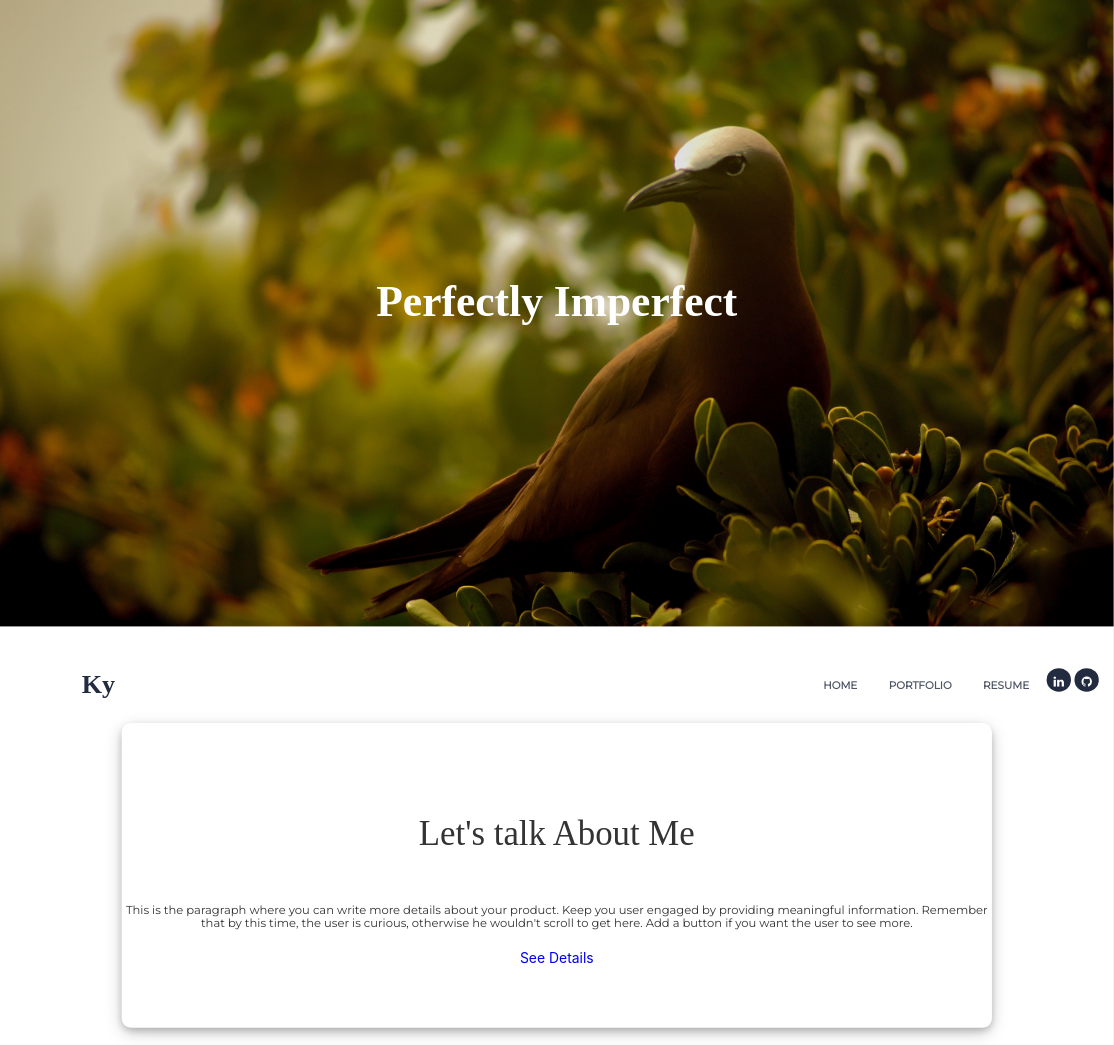
Repository: kkyler24/Perfectly-Imperfect
Page: / (app in imperfect/)
These files come from the project's save history. The page is drawn as it stood at one moment and after the next save; the edit follows.
The browser window is 1280 px wide. The pictures show the whole page, at 87% of full size.
Backgrounds fixed to the window are drawn as part of the page. Some web fonts or font styles are not loaded; a fallback is used. The project was rebuilt for these pictures with package versions that can differ from the ones it lists, and the page was loaded fresh each time.

Above is the page before, as saved 2020-08-06 13:46:02.

### imperfect/public/index.html
<!DOCTYPE html>
<html lang="en">
  <head>
    <meta charset="utf-8" />
    <link rel="icon" href="%PUBLIC_URL%/favicon.ico" />
    <meta name="viewport" content="width=device-width, initial-scale=1" />
    <meta name="theme-color" content="#000000" />
    <meta
      name="description"
      content="Web site created using create-react-app"
    />
    <link
      rel="stylesheet"
      href="https://cdnjs.cloudflare.com/ajax/libs/font-awesome/4.7.0/css/font-awesome.min.css"
    />

    <link
      href="https://fonts.googleapis.com/css2?family=Montserrat&family=Petit+Formal+Script&display=swap"
      rel="stylesheet"
    />

    <title>React App</title>
  </head>
  <body>
    <noscript>You need to enable JavaScript to run this app.</noscript>
    <div id="root"></div>
  </body>
</html>

### imperfect/src/App.js
import React from "react";
import logo from "./logo.svg";
import "./App.css";
import Nav from "./Components/navbarComponent/navbar.js";
import PGHeader from "./Components/Headerindex/header.js";
import AboutMe from "./Components/aboutMeIndex/aboutme.js";

function App() {
  return (
    <div className="App">
      <PGHeader />
      {/* <Nav /> */}
      <AboutMe />
    </div>
  );
}

export default App;

### imperfect/src/App.css
body {
  color: #66615b;
  font-size: 16px;
  box-sizing: border-box;
  display: block;
}

### imperfect/src/Components/navbarComponent/navbar.js
import React from "react";
import "./navbar.css";

function NavBar() {
  return (
    <div>
      <nav
        color-on-scroll="300"
        class="fixed-bottom  navbar-transparent navbar navbar-expand-lg"
      >
        <div class="container-fluid">
          <div class="navbar-translate">
            <a
              id="Kytitle"
              data-placement="bottom"
              target="_blank"
              title="Coded by Creative Tim"
              class="navbar-brand"
              href="#/index"
            >
              Ky
            </a>
            <button aria-expanded="false" class="navbar-toggler navbar-toggler">
              <span class="navbar-toggler-bar bar1"></span>
              <span class="navbar-toggler-bar bar2"></span>
              <span class="navbar-toggler-bar bar3"></span>
            </button>
          </div>
          <div class="justify-content-end collapse navbar-collapse">
            <ul class="navbar-nav">
              <li class="nav-item">
                <a
                  data-placement="bottom"
                  href="https://www.linkedIn"
                  target="_blank"
                  title="Let's connect on LinkedIn"
                  class="nav-link"
                >
                  {/* <i class="fa fa-linkedIn"></i> */}
                </a>
              </li>

              <li class="nav-item">
                <a
                  data-placement="bottom"
                  href="#"
                  target="_blank"
                  title="Follow us on Twitter"
                >
                  {/* <i class="fa fa-twitter"></i> */}
                  <p class="d-lg-none"></p>
                </a>
                <li class="nav-item mr-2rem">
                  <a data-placement="bottom" href="#" target="_blank">
                    {/* <i class="fa fa-github"></i> */}
                    <p class="d-lg-none"></p>
                  </a>
                </li>
              </li>
              <li class="nav-item">
                <a class="nav-link" href="#/index">
                  <i class="nc-icon nc-layout-11"></i> Home
                </a>
              </li>
              <li class="nav-item">
                <a class="nav-link" href="#/index">
                  <i class="nc-icon nc-layout-11"></i> Portfolio
                </a>
              </li>
              <li class="nav-item">
                <a target="_blank" class="nav-link" href="#/documentation">
                  <i class="nc-icon nc-book-bookmark"></i> Resume
                </a>
              </li>
              <li class="nav-item">
                <a
                  href="https://www.linkedin.com/in/ky-kyler-a723b932/"
                  target="_blank"
                  class="fa fa-linkedin"
                ></a>
              </li>
              <li class="nav-item">
                <a
                  data-placement="bottom"
                  href="https://github.com/kkyler24"
                  target="_blank"
                  title="Star on GitHub"
                  class="fa fa-github"
                >
                  {/* <i class="fa fa-github"></i> */}
                  <p class="d-lg-none"></p>
                </a>
              </li>
            </ul>
          </div>
        </div>
      </nav>
    </div>
  );
}
export default NavBar;

### imperfect/src/Components/Headerindex/header.js
import React from "react";
import "./Indexheader.css";
import Navbar from "../navbarComponent/navbar.js";

function PageHeader(props) {
  return (
    <div>
      <div id="background" className="page-header" data-parallax="true">
        <div className="filter"></div>
        <div className="headerContainer">
          <div className="motto text-center">
            <h1 id="JumboHeaderTitle">Perfectly Imperfect</h1>
            <br />
          </div>
        </div>
      </div>
      <Navbar />
    </div>
  );
}
export default PageHeader;

### imperfect/src/Components/aboutMeIndex/aboutme.js
import React from "react";
import "./aboutme.css";

function Aboutme() {
  return (
    <div className=" card aboutMain">
      <div className="sectionAB text-center">
        <div className="ABccontainer">
          <div class="row">
            <div class="ml-auto mr-auto col-md-8">
              <h2 class="titleAB">Let's talk About Me</h2>
              <h5 class="descriptionAB">
                This is the paragraph where you can write more details about
                your product. Keep you user engaged by providing meaningful
                information. Remember that by this time, the user is curious,
                otherwise he wouldn't scroll to get here. Add a button if you
                want the user to see more.
              </h5>
              <br />
              <a href="#pablo" class="btn-round btn btn-info">
                See Details
              </a>
            </div>
          </div>
        </div>
      </div>
    </div>
  );
}
export default Aboutme;

### imperfect/src/Components/navbarComponent/navbar.css
/* navbar */
#Kytitle {
  font-family: "Petit Formal Script", cursive;
  font-size: 30px;
  color: #222b3f;
  border-bottom: solid 2px rgb(255, 255, 255);
  text-transform: capitalize;
}

.navbar.navbar-transparent {
  background: transparent !important;
  padding-top: 25px;
  box-shadow: none;
}

.navbar .navbar-brand {
  font-weight: 600;
  margin: 5px 0;
  padding: 20px 15px;
  font-size: 14px;
  text-transform: uppercase;
}

.navbar-nav {
  display: flex;
  flex-direction: column;
  padding-left: 0;
  margin-bottom: 0;
  list-style: none;
}
.navbar-brand {
  display: inline-block;
  padding-top: 0.3125rem;
  padding-bottom: 0.3125rem;
  margin-right: 1rem;
  font-size: 1.25rem;
  line-height: inherit;
  white-space: nowrap;
}

.navbar {
  border: 0;
  font-size: 14px;
  padding: 0;
  font-family: "Montserrat", "Helvetica", Arial, sans-serif;
  font-weight: 300;
  align-items: center;
  display: flex;
}
.navbar > .container-fluid {
  display: flex;
  flex-wrap: wrap;
  align-items: center;
  justify-content: space-between;
}

.nav-link {
  display: block;
}

.navbar-toggler {
  padding: 0.25rem 0.75rem;
  font-size: 1.25rem;
  line-height: 1;
  background-color: transparent;
  border: 1px solid transparent;
  border-radius: 0.25rem;
}
button {
  text-transform: none;
  overflow: hidden;
  -webkit-font-smoothing: antialiased;
  font-family: "Montserrat", "Helvetica", Arial, sans-serif;
  font-weight: 300;
  margin: 0;
  text-rendering: auto;
  /* color: -internal-light-dark(buttontext, rgb(170, 170, 170)); */
  letter-spacing: normal;
  word-spacing: normal;
  text-indent: 0px;
  text-shadow: none;
  display: inline-block;
  text-align: center;
  align-items: flex-start;
  font: 400 13.3333px Arial;
}
.navbar .navbar-toggler .navbar-toggler-bar {
  display: block;
  position: relative;
  width: 24px;
  height: 2px;
  border-radius: 1px;
  margin: 0 auto;
}

.navbar.navbar-transparent .navbar-toggler .navbar-toggler-bar {
  background: #222b3f !important;
}

.navbar-transparent .navbar-nav .nav-item .nav-link:not(.btn) {
  color: #222b3f;
  border-color: #222b3f;
}

.navbar .navbar-toggler .navbar-toggler-bar + .navbar-toggler-bar {
  margin-top: 4px;
}

.navbar .navbar-nav .nav-item .nav-link {
  line-height: 1.6;
  margin: 15px 3px;
  padding: 10px 15px;
  opacity: 0.8;
  font-size: 12px;
  text-transform: uppercase;
  font-weight: 600;
}

.navbar .navbar-nav .nav-item .nav-link p {
  margin: 0;
  text-transform: uppercase;
  font-weight: 600;
  font-size: 12px;
  line-height: 1.5em;
  padding: 15px 0;
  color: #222b3f;
}

button:not(:disabled) {
  cursor: pointer;
}

.container-fluid {
  width: 100%;
  padding-right: 15px;
  padding-left: 15px;
  margin-right: 0%;
  margin-left: 5%;
}

.fixed-top {
  position: fixed;
  right: 0;
  left: 0;
  z-index: 1030;
  /* not needed for fixed bottom */
  top: 0;
}

a {
  text-decoration: none;
  background-color: transparent;
}

.collapse:not(.show) {
  display: none;
}

.justify-content-end,
ul {
  justify-content: flex-end !important;
}

.navbar-collapse {
  flex-basis: 100%;
  flex-grow: 1;
  align-items: center;
}

ul {
  margin-top: 0;
}

.navbar .navbar-nav .nav-item .nav-link [class^="fa"] {
  font-size: 17px;
  position: relative;
  right: 5px;
  color: #222b3f;
}

.fa {
  padding: 8px;
  font-size: 14px;
  height: 11px;
  top: 5px;
  text-align: center;
  text-decoration: none;
  margin: 15px 2px;
  border-radius: 50%;
}

.fa:hover {
  opacity: 0.7;
}

.fa-linkedin {
  background: #222b3f;
  color: white;
}

.fa-github {
  background: #222b3f;
  color: white;
}

:before {
  box-sizing: border-box;
}

.navbar .navbar-collapse .nav-item .nav-link p {
  display: inline;
}

/* media Q navbar */
@media (min-width: 992px) {
  .navbar-expand-lg {
    flex-flow: row nowrap;
    justify-content: flex-start;
  }
  .navbar {
    justify-content: space-between;
  }
}
/* Li */
@media (min-width: 992px) {
  .navbar-expand-lg .navbar-nav {
    flex-direction: row;
  }
}
@media screen and (max-width: 991px) {
  .navbar-collapse ul {
    position: relative;
    z-index: 3;
    height: 95%;
  }
}

@media screen and (max-width: 991px) {
  .navbar-collapse .navbar-nav > .nav-item > .nav-link {
    color: #222b3f !important;
  }
}

@media screen and (max-width: 991px) {
  .navbar-collapse {
    position: fixed;
    display: block !important;
    top: 0;
    width: 230px;
    right: 0;
    z-index: 1032;
    visibility: visible;
    overflow-y: visible;
    border-top: none;
    text-align: left;
    padding-right: 0;
    padding-left: 40px;
    padding-top: 15px;
    transform: translateX(230px);
    transition: all 0.33s cubic-bezier(0.685, 0.0473, 0.346, 1);
  }
}

@media (max-width: 991.98px) {
  .navbar-expand-lg > .container-fluid {
    padding-right: 0;
    padding-left: 0;
  }
}

@media (min-width: 768px) {
  .container-fluid {
    max-width: 720px;
  }
}

@media (min-width: 992px) {
  .container-fluid {
    max-width: 100%;
  }
}

@media screen and (max-width: 991px) {
  .navbar-translate {
    width: 100%;
    position: relative;
    display: flex;
    justify-content: space-between !important;
    align-items: center;
    transform: translateX(0);
    transition: all 0.33s cubic-bezier(0.685, 0.0473, 0.346, 1);
  }
}

@media (min-width: 992px) {
  .navbar-expand-lg .navbar-toggler {
    display: none;
  }
}

@media screen and (max-width: 991px) {
  .navbar-collapse {
    height: 100% !important;
  }
}

@media (min-width: 992px) {
  .navbar-expand-lg .navbar-collapse {
    display: flex !important;
    flex-basis: auto;
  }
}
/*
@media (min-width: 576px) {
  .container-fluid {
    max-width: 540px;
  }
} */

@media (min-width: 992px) {
  .navbar-expand-lg > .container-fluid {
    flex-wrap: nowrap;
  }
}

### imperfect/src/Components/Headerindex/Indexheader.css
#background {
  background-image: url("../../Assets/imgs/brownnoodyGreatbirdisland.jpg");
  background-attachment: fixed;
  background-repeat: no-repeat;
  background-size: cover;
  height: 700px;
}

.page-header {
  background-position: 50%;
  background-size: cover;
  min-height: 100vh;
  max-height: 999px;
  overflow: hidden;
  position: relative;
  width: 100%;
  z-index: 1;
  display: flex;
  align-items: center;
  justify-content: center;
}

.page-header .filter:after {
  background-color: rgba(0, 0, 0, 0.125);
  content: "";
  display: block;
  height: 100%;
  left: 0;
  top: 0;
  position: absolute;
  width: 100%;
  z-index: 1;
}

.page-header .motto {
  z-index: 3;
  color: #fff;
  position: relative;
  width: max-content;
}

.headerContainer {
  font-family: "Petit Formal Script", cursive;
  display: inline-flex;
  width: 100%;
  /* font-weight: 200; */
  padding-right: 15px;
  padding-left: 15px;
  margin-right: auto;
  margin-left: auto;
  font-size: 50px;
  justify-content: center;
}

.text-center {
  text-align: center !important;
}
div {
  display: block;
}

h1 {
  display: block;
  font-size: 2em;
  margin-block-start: 0.67em;
  margin-block-end: 0.67em;
  margin-inline-start: 0px;
  margin-inline-end: 0px;
  font-weight: bold;
}
@media (max-width: 450px) and (min-width: 280px) {
  #JumboHeaderTitle {
    width: 300px;
    margin: auto;
    font-size: 20px;
    text-align: center;
  }
  #background {
    width: 450px !important;
  }
}
/*
@media (max-width: 570px) and (min-width: 280px) {
  #JumboHeaderTitle {
    width: 400px;
    margin: auto;
    font-size: 20px;
    text-align: center;
  }
} */

/* media Q */
@media (min-width: 992px) {
  .headerContainer {
    max-width: 960px;
  }
}

@media (min-width: 768px) {
  .headerContainer {
    max-width: 720px;
  }
}

@media (min-width: 576px) {
  .headerContainer {
    max-width: 540px;
    font-size: 25px;
  }
}

@media (max-width: 576px) {
  .headerContainer {
    display: flex;
    flex-wrap: wrap;
    max-width: 540px !important;
    font-size: 20px;
    text-align: center;
  }
}

### imperfect/src/Components/aboutMeIndex/aboutme.css
.aboutMain .section:first-of-type {
  position: relative;
  z-index: 3;
  position: relative;
  background: #ffffff;
  margin: -60px 30px 0px;
  box-shadow: 0 16px 24px 2px rgba(0, 0, 0, 0.14),
    0 6px 30px 5px rgba(0, 0, 0, 0.12), 0 8px 10px -5px rgba(0, 0, 0, 0.2);
  border-radius: 6px;
  padding: 70px 0;
}

.card,
.aboutMain {
  width: 700px;
  border-radius: 12px;
  box-shadow: 0 4px 8px 0 rgba(0, 0, 0, 0.2), 0 6px 20px 0 rgba(0, 0, 0, 0.19);
  text-align: center;
  background-color: #fff;
  color: #333;
  margin-bottom: 20px;
  position: relative;
  z-index: 3;
  border: 0;
  transition: transform 0.3s cubic-bezier(0.34, 2, 0.6, 1), box-shadow 0.2s ease;
  display: flex;
  flex-direction: column;
  min-width: 0;
  background-clip: border-box;
  /* border: 1px solid rgba(0, 0, 0, 0.25); */
  /* border-radius: 20px; */
  margin-left: auto;
  margin-right: auto;
}

.sectionAB {
  padding: 70px 0;
  background-color: #fff;
  border-radius: 10px;
}

.text-center {
  text-align: center !important;
}

.titleAB {
  font-family: "Petit Formal Script", cursive;
  font-weight: lighter;
  font-size: 40px;
}

.descriptionAB {
  font-family: "Montserrat", sans-serif;
  font-weight: lighter;
  float: left;
}

.ABcontainer {
  width: 100%;
  margin-right: auto;
  margin-left: auto;
}

row {
  display: flex;
  flex-wrap: wrap;
  margin-right: -15px;
  margin-left: -15px;
}

@media (min-width: 768px) {
  .ABcontainer {
    max-width: 720px;
  }
}

@media (max-width: 992px) {
  .sectionAB {
    max-width: 700px;
  }
}

@media (min-width: 992px) {
  .sectionAB,
  .aboutMain {
    width: 1000px;
  }
}

Loaded but not shown: imperfect/src/index.js (common file); imperfect/src/index.css (common file); imperfect/src/serviceWorker.js (common file)

After the next save:
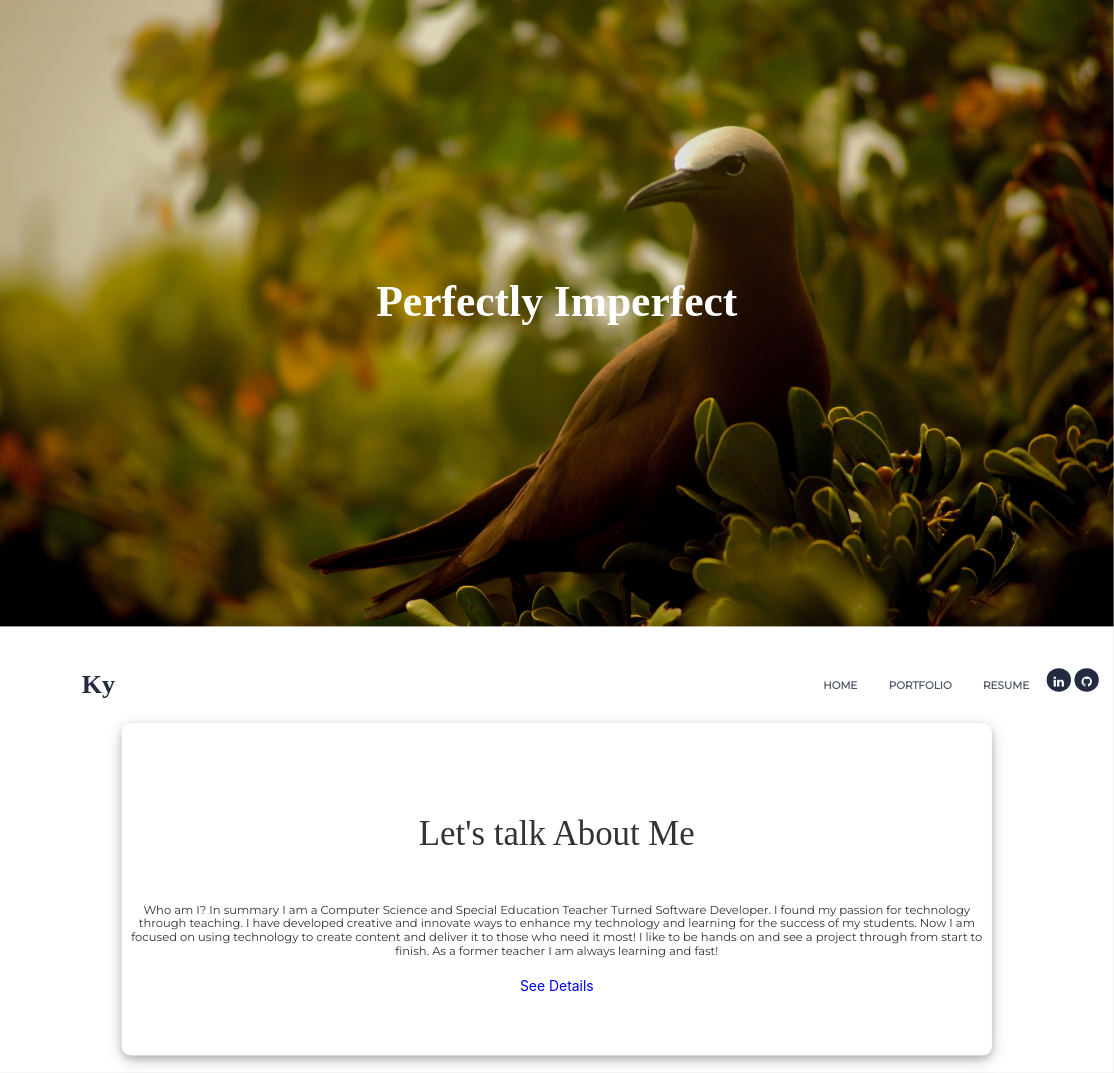
Saved 2 s later.
--- a/imperfect/src/Components/aboutMeIndex/aboutme.js
+++ b/imperfect/src/Components/aboutMeIndex/aboutme.js
@@ -10,11 +10,15 @@ function Aboutme() {
             <div class="ml-auto mr-auto col-md-8">
               <h2 class="titleAB">Let's talk About Me</h2>
               <h5 class="descriptionAB">
-                This is the paragraph where you can write more details about
-                your product. Keep you user engaged by providing meaningful
-                information. Remember that by this time, the user is curious,
-                otherwise he wouldn't scroll to get here. Add a button if you
-                want the user to see more.
+                {" "}
+                Who am I? In summary I am a Computer Science and Special
+                Education Teacher Turned Software Developer. I found my passion
+                for technology through teaching. I have developed creative and
+                innovate ways to enhance my technology and learning for the
+                success of my students. Now I am focused on using technology to
+                create content and deliver it to those who need it most! I like
+                to be hands on and see a project through from start to finish.
+                As a former teacher I am always learning and fast!
               </h5>
               <br />
               <a href="#pablo" class="btn-round btn btn-info">
